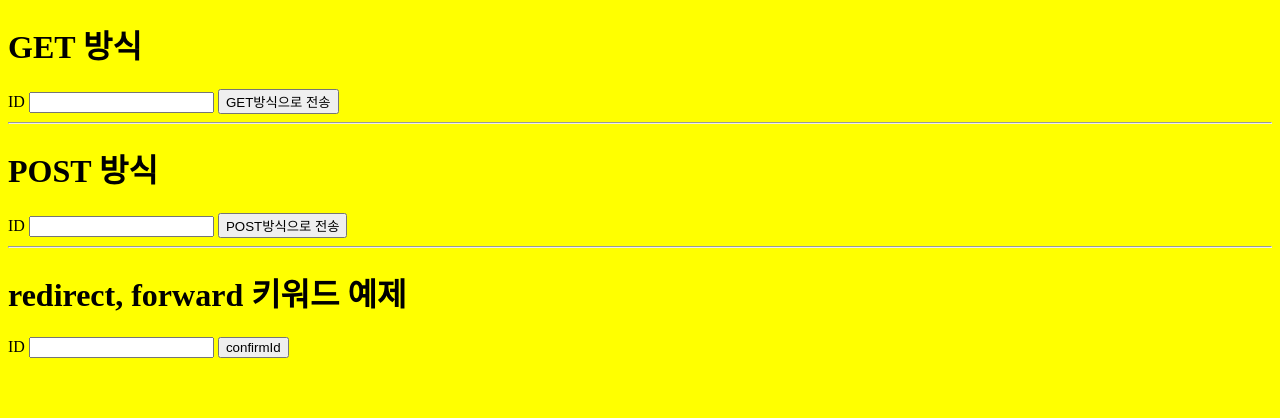
Repository: jim698/Practice
Page: http://localhost/ch11_requestmapping/
These files come from the project's save history. The page is drawn as it stood at one moment and after the next save; the edit follows.
The browser window is 1280 px wide. The pictures show the whole page.
The page is served by Tomcat 9. Other server files are loaded and not shown.

Above is the page before, as saved 2020-03-30 05:42:34.

### ch11_requestmapping/src/main/webapp/index.jsp
<%@ page language="java" contentType="text/html; charset=UTF-8"
    pageEncoding="UTF-8"%>
<!DOCTYPE html>
<html>
<head>
<meta charset="UTF-8">
</head>
<body>
	<jsp:forward page="main.do"></jsp:forward>
</body>
</html>

### ch11_requestmapping/src/main/webapp/WEB-INF/views/main.jsp
<%@ page language="java" contentType="text/html; charset=UTF-8"
    pageEncoding="UTF-8"%>
<%@ taglib prefix="c" uri="http://java.sun.com/jsp/jstl/core"  %>
<c:set var="conPath" value="${pageContext.request.contextPath }"/>
<!DOCTYPE html>
<html>
<head>
<meta charset="UTF-8">
<title>Insert title here</title>
<link href="${conPath }/css/style.css" rel="stylesheet">
</head>
<body>
	<h1>GET 방식</h1>
	<form action="${conPath }/student.do" method="get">
		ID <input type="text" name="id">
		<input type="submit" value="GET방식으로 전송">
	</form>
	<hr>
	<h1>POST 방식</h1>
	<form action="${conPath }/student.do" method="post">
		ID <input type="text" name="id">
		<input type="submit" value="POST방식으로 전송">
	</form>
	<hr>
	<h1>redirect, forward 키워드 예제</h1>
	<form action="${conPath }/studentConfirm.do">
		ID <input type="text" name="id">
		<input type="submit" value="confirmId">
	</form>


</body>
</html>

### ch11_requestmapping/src/main/webapp/css/style.css
@charset "UTF-8";
body{
	background-color: yellow;
}

After the next save:
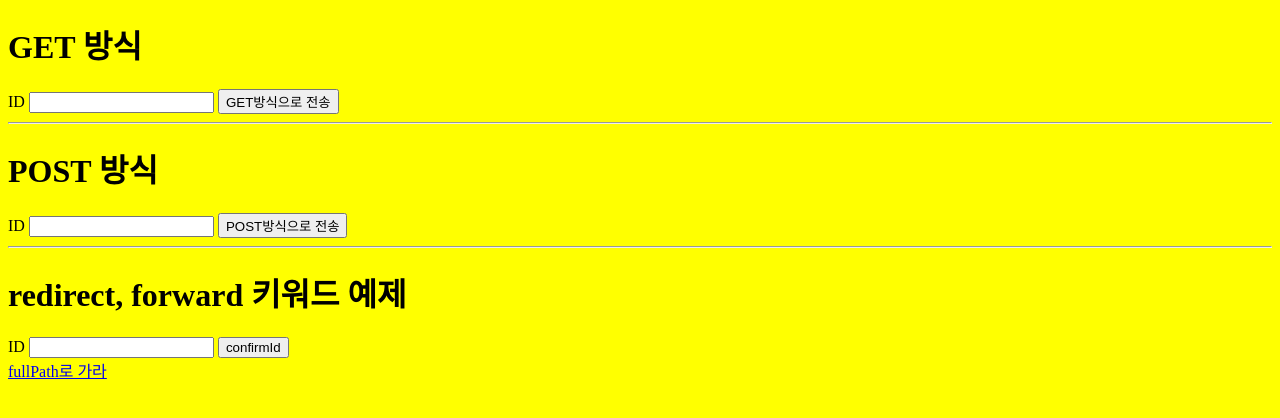
Saved 37 s later.
--- a/ch11_requestmapping/src/main/webapp/WEB-INF/views/main.jsp
+++ b/ch11_requestmapping/src/main/webapp/WEB-INF/views/main.jsp
@@ -27,7 +27,7 @@
 		ID <input type="text" name="id">
 		<input type="submit" value="confirmId">
 	</form>
-
+	<a href="${conPath }/fullPath.do">fullPath로 가라</a>
 
 </body>
 </html>
